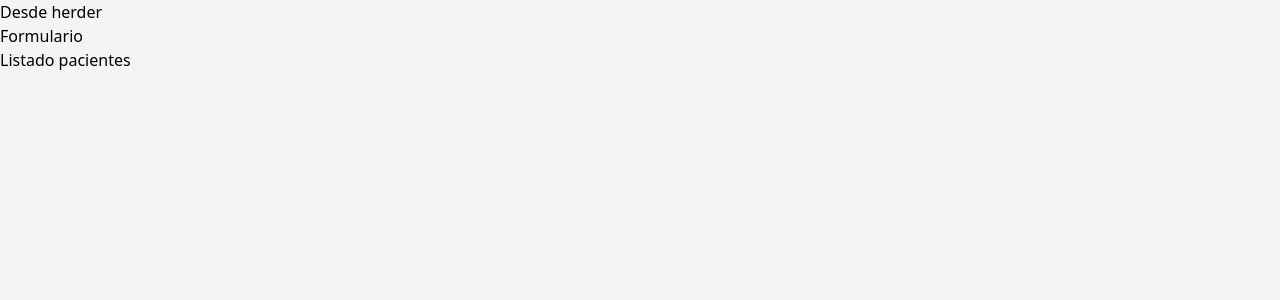
Repository: rlaureano/citas_react
Page: /
These files come from the project's save history. The page is drawn as it stood at one moment and after the next save; the edit follows.
The browser window is 1280 px wide. The pictures show the whole page.
The project was rebuilt for these pictures with package versions that can differ from the ones it lists, and the page was loaded fresh each time. Also part of the build but not shown: vite.config.js.

Above is the page before, as saved 2022-01-11 21:31:45.

After the next save:
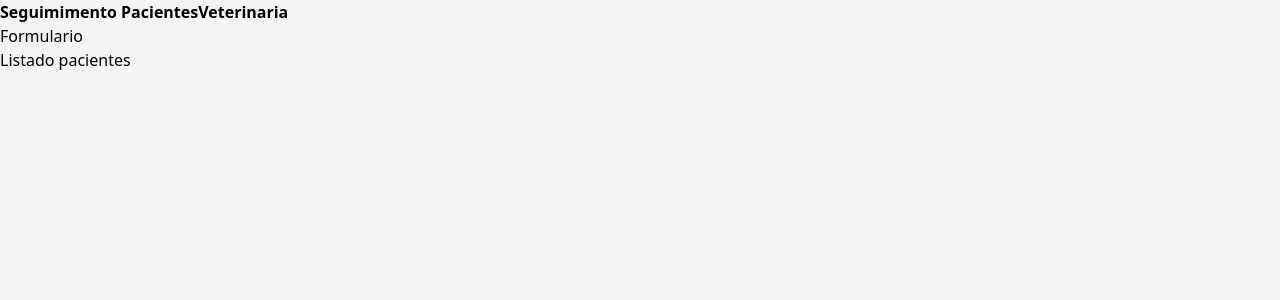
Saved 106 s later.
--- a/src/components/Header.jsx
+++ b/src/components/Header.jsx
@@ -1,8 +1,10 @@
 function Header() {
   return (
-    <div>
-      <h1>Desde herder</h1>
-    </div>
+
+      <h1 className="font-black">Seguimimento Pacientes
+        <span>Veterinaria</span>
+      </h1>
+
   )
 }
 
